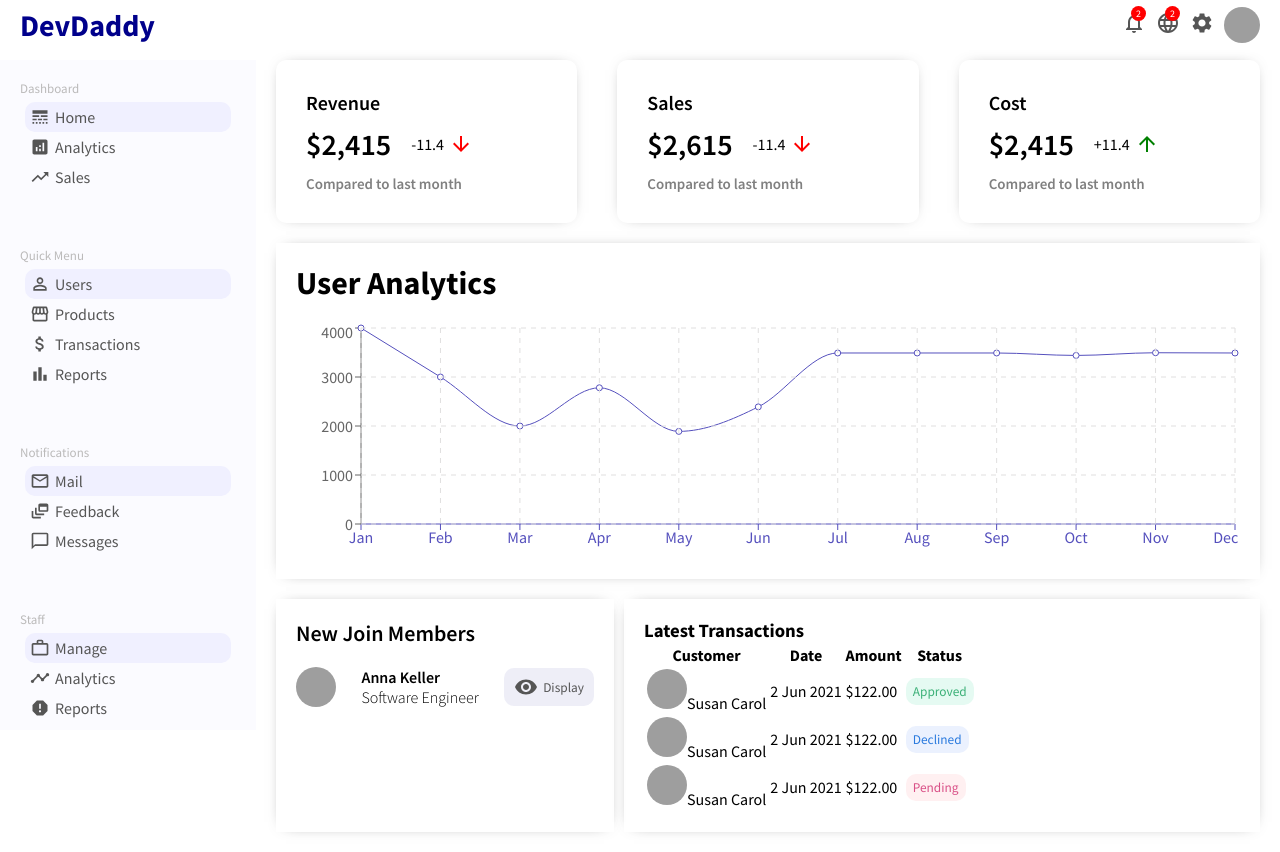
Repository: Marhamat92/react-admin-dashboard
Page: /user/1
An editor plug-in stored every save of this project. The page is shown before and after the next save, followed by the edit.
The browser window is 1280 px wide. The pictures show the whole page.
Pictures or frames that could not be fetched are drawn as grey boxes. The project was rebuilt for these pictures with package versions that can differ from the ones it lists, and the page was loaded fresh each time.

Above is the page before, as saved 2023-02-09 19:49:10.

After the next save:
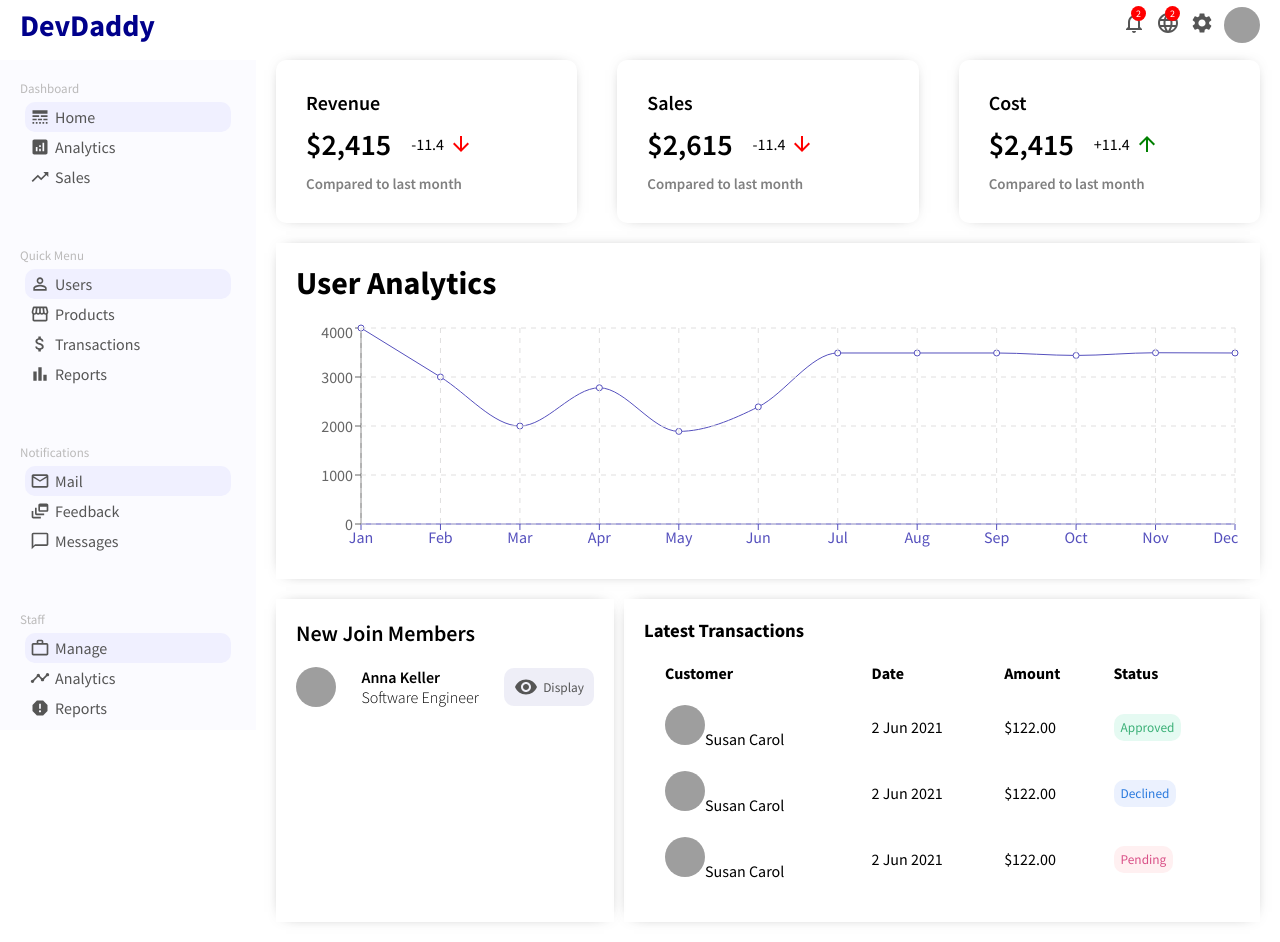
Saved 100 s later.
--- a/src/components/widgetLg/widgetLg.scss
+++ b/src/components/widgetLg/widgetLg.scss
@@ -32,3 +32,13 @@
   background-color:#ebf1fe;
   color: #2a7ade
 }
+
+.widgetLgTable{
+  width:100%;
+  border-spacing:20px;
+}
+
+.widgetLgTh{
+  text-align: left;
+
+}
